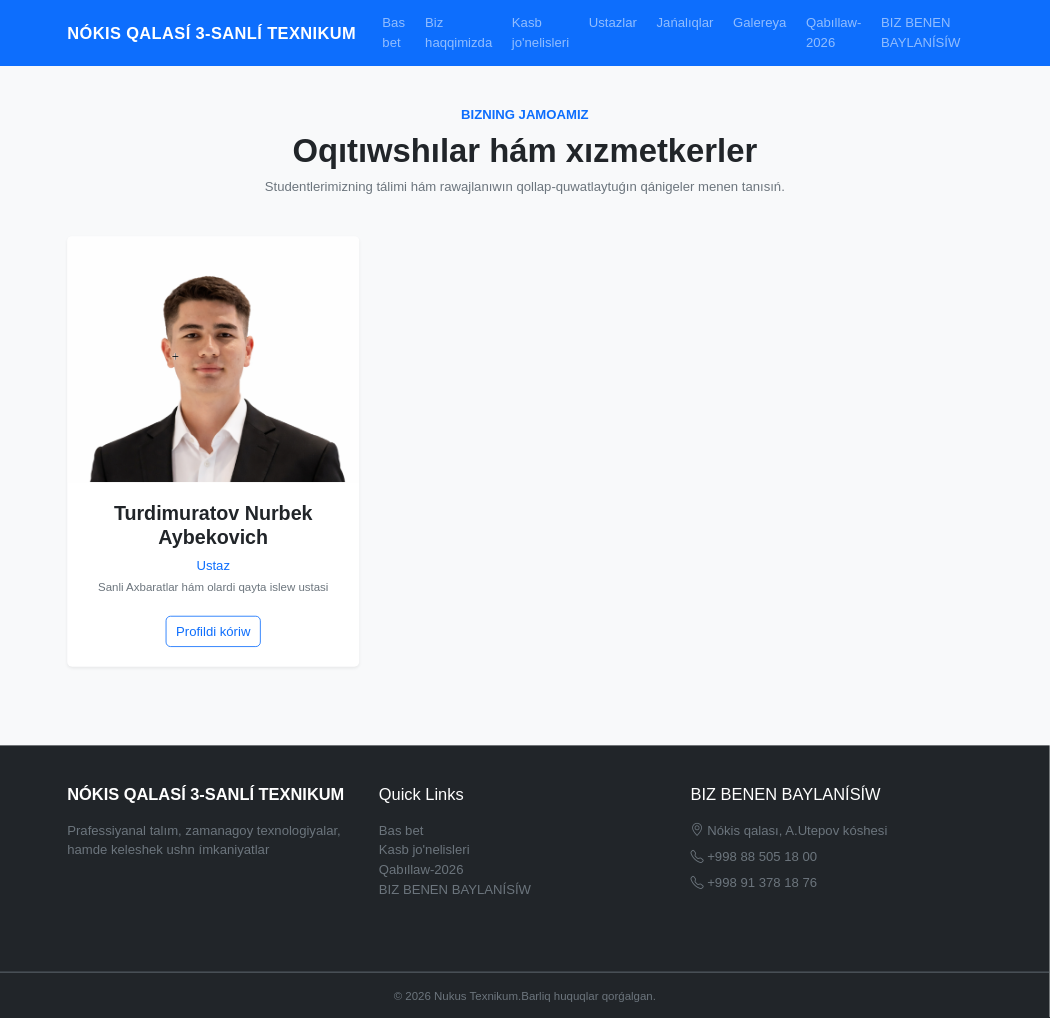
Repository: Neptunescorp/nukus_technicum
Page: http://localhost/teachers/
An editor plug-in stored every save of this project. The page is shown before and after the next save, followed by the edit.
The browser window is 1280 px wide. The pictures show the whole page, at 82% of full size.
The page is served by the project's application, run on Django 5.2 (manage.py). Other server files are loaded and not shown. The page reads the database file committed with the project.

Above is the page before, as saved 2026-08-19 12:25:55.

### teachers/templates/teachers/list.html
{% extends "base.html" %}

{% block title %}
Muǵallimler | Nókis qalasí 3-sanlí texnikum
{% endblock %}


{% block content %}

<section class="py-5">

    <div class="container">

        <div class="text-center mb-5">

            <span class="text-primary fw-semibold">
                BIZNING JAMOAMIZ
            </span>

            <h1 class="fw-bold mt-2">
                Oqıtıwshılar hám xızmetkerler
            </h1>

            <p class="text-secondary">
                Studentlerimizning tálimi hám rawajlanıwın qollap-quwatlaytuǵın
                qánigeler menen tanısıń.
            </p>

        </div>


        <div class="row g-4">

            {% for teacher in teachers %}

            <div class="col-md-6 col-lg-4">

                <div class="card teacher-card h-100 border-0 shadow-sm">


                    {% if teacher.photo %}

                    <img
                        src="{{ teacher.photo.url }}"
                        class="card-img-top teacher-photo"
                        alt="{{ teacher.full_name }}"
                    >

                    {% else %}

                    <div class="teacher-placeholder">

                        <i class="bi bi-person"></i>

                    </div>

                    {% endif %}


                    <div class="card-body text-center p-4">

                        <h4 class="fw-bold">
                            {{ teacher.full_name }}
                        </h4>


                        {% if teacher.position %}

                        <p class="text-primary mb-1">
                            {{ teacher.position }}
                        </p>

                        {% endif %}


                        {% if teacher.department %}

                        <p class="text-secondary small">
                            {{ teacher.department }}
                        </p>

                        {% endif %}


                        <a
                            href="{% url 'teacher_detail' teacher.pk %}"
                            class="btn btn-outline-primary mt-2"
                        >
                            Profildi kóriw
                        </a>

                    </div>

                </div>

            </div>

            {% empty %}

            <div class="col-12 text-center py-5">

                <i
                    class="bi bi-people text-primary"
                    style="font-size:60px;"
                ></i>

                <h4 class="mt-3">
                    Oqıtıwshılar haqqında maǵlıwmat tez arada usınıs etiledi
                </h4>

                <p class="text-secondary">
                    Házirde xızmetkerlerimizdiń profilleri tayarlanbaqta.
                </p>

            </div>

            {% endfor %}

        </div>

    </div>

</section>

{% endblock %}

### templates/base.html
{% load static %}

<!DOCTYPE html>
<html lang="en">
<head>
    <meta charset="UTF-8">
    <meta name="viewport" content="width=device-width, initial-scale=1.0">

    <title>{% block title %}NÓKIS QALASÍ 3-SANLÍ TEXNIKUM{% endblock %}</title>

    <!-- Bootstrap -->
    <link
        href="https://cdn.jsdelivr.net/npm/bootstrap@5.3.3/dist/css/bootstrap.min.css"
        rel="stylesheet"
    >

    <!-- Bootstrap Icons -->
    <link
        rel="stylesheet"
        href="https://cdn.jsdelivr.net/npm/bootstrap-icons@1.11.3/font/bootstrap-icons.min.css"
    >

    <!-- Custom CSS -->
    <link rel="stylesheet" href="{% static 'css/style.css' %}">
</head>

<body>

<!-- ================= NAVBAR ================= -->

<nav class="navbar navbar-expand-lg navbar-dark bg-primary sticky-top">
    <div class="container">

        <a class="navbar-brand fw-bold" href="/">
            NÓKIS QALASÍ 3-SANLÍ TEXNIKUM
        </a>

        <button
            class="navbar-toggler"
            type="button"
            data-bs-toggle="collapse"
            data-bs-target="#mainNavbar"
        >
            <span class="navbar-toggler-icon"></span>
        </button>

        <div class="collapse navbar-collapse" id="mainNavbar">

            <ul class="navbar-nav ms-auto">

                <li class="nav-item">
                    <a class="nav-link" href="/">Bas bet</a>
                </li>

                <li class="nav-item">
                    <a class="nav-link" href="/about/">Biz haqqimizda</a>
                </li>

                <li class="nav-item">
                    <a class="nav-link" href="/specialties/">Kasb jo'nelisleri</a>
                </li>

                <li class="nav-item">
                    <a class="nav-link" href="/teachers/">Ustazlar</a>
                </li>

                <li class="nav-item">
                    <a class="nav-link" href="/news/">Jańalıqlar </a>
                </li>

                <li class="nav-item">
                    <a class="nav-link" href="/gallery/">
                        Galereya
                    </a>
                </li>

                <li class="nav-item">
                    <a class="nav-link" href="/admissions/">Qabıllaw-2026 </a>
                </li>

                <li class="nav-item">
                    <a class="nav-link" href="/contact/">BIZ BENEN BAYLANÍSÍW</a>
                </li>

            </ul>

        </div>
    </div>
</nav>


<!-- ================= MAIN CONTENT ================= -->

<main>
    {% block content %}
    {% endblock %}
</main>


<!-- ================= FOOTER ================= -->

<footer class="bg-dark text-white mt-5">

    <div class="container py-5">

        <div class="row">

            <div class="col-md-4 mb-4">

                <h5 class="fw-bold">
                    NÓKIS QALASÍ 3-SANLÍ TEXNIKUM
                </h5>

                <p class="text-secondary">
                    Prafessiyanal talım, zamanagoy texnologiyalar,
                    hamde keleshek ushn ímkaniyatlar
                </p>

            </div>


            <div class="col-md-4 mb-4">

                <h5>Quick Links</h5>

                <ul class="list-unstyled">

                    <li>
                        <a href="/" class="text-secondary text-decoration-none">
                            Bas bet
                        </a>
                    </li>

                    <li>
                        <a href="/specialties/" class="text-secondary text-decoration-none">
                            Kasb jo'nelisleri
                        </a>
                    </li>

                    <li>
                        <a href="/admissions/" class="text-secondary text-decoration-none">
                            Qabıllaw-2026
                        </a>
                    </li>

                    <li>
                        <a href="/contact/" class="text-secondary text-decoration-none">
                            BIZ BENEN BAYLANÍSÍW
                        </a>
                    </li>

                </ul>

            </div>


            <div class="col-md-4">

                <h5>BIZ BENEN BAYLANÍSÍW</h5>

                <p class="text-secondary mb-2">
                    <i class="bi bi-geo-alt"></i>
                    Nókis qalası, A.Utepov kóshesi
                </p>

                <p class="text-secondary mb-2">
                    <i class="bi bi-telephone"></i>
                    +998 88 505 18 00
                </p>

                <p class="text-secondary mb-2">
                    <i class="bi bi-telephone"></i>
                    +998 91 378 18 76
                </p>


            </div>

        </div>

    </div>


    <div class="border-top border-secondary">

        <div class="container py-3 text-center">

            <small class="text-secondary">
                © 2026 Nukus Texnikum.Barliq huquqlar qorǵalgan.
            </small>

        </div>

    </div>

</footer>


<!-- Bootstrap JS -->

<script
    src="https://cdn.jsdelivr.net/npm/bootstrap@5.3.3/dist/js/bootstrap.bundle.min.js">
</script>

</body>
</html>

### teachers/models.py
from django.db import models


class Teacher(models.Model):
    full_name = models.CharField(max_length=255)

    position = models.CharField(
        max_length=255,
        blank=True
    )

    department = models.CharField(
        max_length=255,
        blank=True
    )

    biography = models.TextField(
        blank=True
    )

    photo = models.ImageField(
        upload_to="teachers/",
        blank=True,
        null=True
    )

    is_active = models.BooleanField(
        default=True
    )

    created_at = models.DateTimeField(
        auto_now_add=True
    )

    class Meta:
        ordering = ["full_name"]

    def __str__(self):
        return self.full_name

### teachers/views.py
from django.shortcuts import render, get_object_or_404
from .models import Teacher


def teacher_list(request):
    teachers = Teacher.objects.filter(
        is_active=True
    )

    return render(
        request,
        "teachers/list.html",
        {
            "teachers": teachers
        }
    )


def teacher_detail(request, pk):
    teacher = get_object_or_404(
        Teacher,
        pk=pk,
        is_active=True
    )

    return render(
        request,
        "teachers/detail.html",
        {
            "teacher": teacher
        }
    )

### config/urls.py
from django.conf import settings
from django.conf.urls.static import static
from django.contrib import admin
from django.urls import include, path


urlpatterns = [
    path("admin/", admin.site.urls),

    path("", include("core.urls")),

    path(
        "specialties/",
        include("specialties.urls")
    ),

    path(
        "teachers/",
        include("teachers.urls")
    ),

    path(
        "news/",
        include("news.urls")
    ),

    path(
        "gallery/",
        include("gallery.urls")
    ),

    path(
        "admissions/",
        include("admissions.urls")
    ),
]


if settings.DEBUG:
    urlpatterns += static(
        settings.MEDIA_URL,
        document_root=settings.MEDIA_ROOT
    )

### core/urls.py
from django.urls import path

from .views import about, contact, home


urlpatterns = [
    path(
        "",
        home,
        name="home"
    ),

    path(
        "about/",
        about,
        name="about"
    ),

    path(
        "contact/",
        contact,
        name="contact"
    ),
]

### specialties/urls.py
from django.urls import path
from .views import specialty_list, specialty_detail


urlpatterns = [
    path("", specialty_list, name="specialty_list"),
    path(
        "<int:pk>/",
        specialty_detail,
        name="specialty_detail"
    ),
]

### teachers/urls.py
from django.urls import path
from .views import teacher_list, teacher_detail


urlpatterns = [
    path("", teacher_list, name="teacher_list"),

    path(
        "<int:pk>/",
        teacher_detail,
        name="teacher_detail"
    ),
]

### news/urls.py
from django.urls import path

from .views import news_detail, news_list


urlpatterns = [
    path("", news_list, name="news_list"),

    path(
        "<int:pk>/",
        news_detail,
        name="news_detail"
    ),
]

### gallery/urls.py
from django.urls import path
from .views import gallery_list


urlpatterns = [
    path("", gallery_list, name="gallery_list"),
]

### admissions/urls.py
from django.urls import path

from .views import admissions


urlpatterns = [
    path("", admissions, name="admissions"),
]

### db.sqlite3 (the tables this page reads, as SQL)
CREATE TABLE "teachers_teacher" ("id" integer NOT NULL PRIMARY KEY AUTOINCREMENT, "full_name" varchar(255) NOT NULL, "position" varchar(255) NOT NULL, "department" varchar(255) NOT NULL, "biography" text NOT NULL, "photo" varchar(100) NULL, "is_active" bool NOT NULL, "created_at" datetime NOT NULL);
INSERT INTO "teachers_teacher" VALUES
(1, 'Turdimuratov Nurbek Aybekovich', 'Ustaz', 'Sanli Axbaratlar hám olardi qayta islew ustasi', 'Cambridge International University in Tashkent baklavr diplomı(2022-2026)
Camera Fraud Detection in hotels start up asasshisi.
KASB AI start upi qatnasıwshisi
Kyber Qawibsizlik boyinsha 6 ayliq jumis tajribesi 
PDP University dağı Pedagogiqaliq jumis tajribesi 
Nokıs qalasi 3-Sanlı Texnikum website avtori', 'teachers/Screenshot_2026-09-06_at_05.59.58.png', 1, '2026-09-06 00:58:43.423916');

Loaded but not shown: static/css/style.css (464 lines, source omitted)

After the next save:
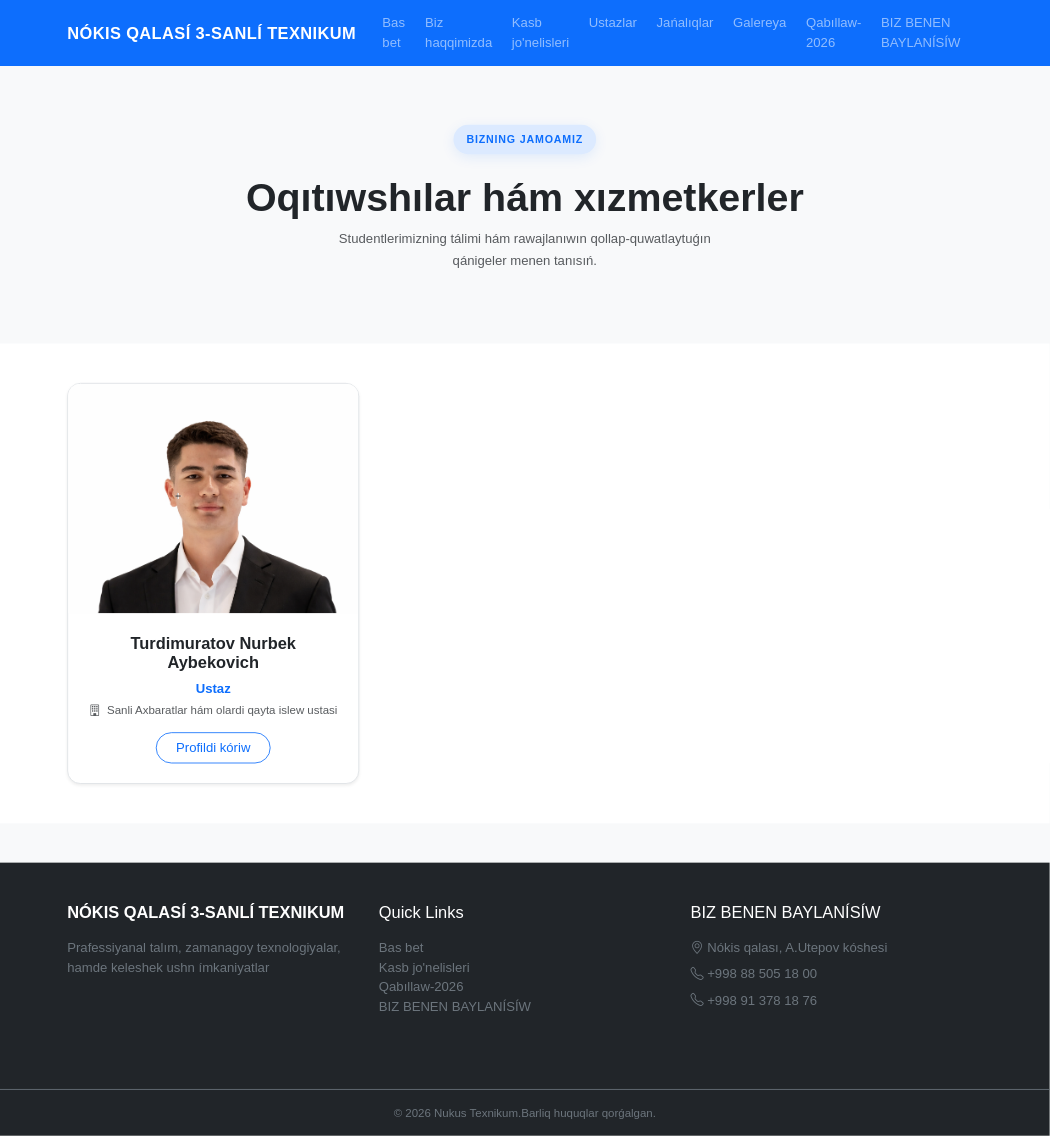
Saved 14 s later.
--- a/teachers/templates/teachers/list.html
+++ b/teachers/templates/teachers/list.html
@@ -1,125 +1,98 @@
 {% extends "base.html" %}
 
 {% block title %}
-Muǵallimler | Nókis qalasí 3-sanlí texnikum
+Muǵallimler | NÓKIS QALASÍ 3-SANLÍ TEXNIKUM
 {% endblock %}
 
 
 {% block content %}
 
-<section class="py-5">
-
-    <div class="container">
-
-        <div class="text-center mb-5">
-
-            <span class="text-primary fw-semibold">
-                BIZNING JAMOAMIZ
-            </span>
-
-            <h1 class="fw-bold mt-2">
-                Oqıtıwshılar hám xızmetkerler
-            </h1>
-
-            <p class="text-secondary">
-                Studentlerimizning tálimi hám rawajlanıwın qollap-quwatlaytuǵın
-                qánigeler menen tanısıń.
-            </p>
-
-        </div>
+<!-- HERO SECTION -->
+<section class="py-5 text-center">
+    <div class="container py-4">
+        <span class="hero-badge mb-3 d-inline-block">
+            BIZNING JAMOAMIZ
+        </span>
+        <h1 class="fw-bold display-5 text-dark mt-2">
+            Oqıtıwshılar hám xızmetkerler
+        </h1>
+        <p class="text-muted mx-auto" style="max-width: 500px; line-height: 1.7;">
+            Studentlerimizning tálimi hám rawajlanıwın qollap-quwatlaytuǵın qánigeler menen tanısıń.
+        </p>
+    </div>
+</section>
 
 
+<!-- TEACHERS GRID -->
+<section class="py-5 bg-white">
+    <div class="container">
         <div class="row g-4">
 
             {% for teacher in teachers %}
-
             <div class="col-md-6 col-lg-4">
-
-                <div class="card teacher-card h-100 border-0 shadow-sm">
-
+                <div class="h-100 border rounded-4 shadow-sm bg-white overflow-hidden d-flex flex-column">
 
                     {% if teacher.photo %}
-
-                    <img
-                        src="{{ teacher.photo.url }}"
-                        class="card-img-top teacher-photo"
-                        alt="{{ teacher.full_name }}"
-                    >
-
+                    <div class="overflow-hidden" style="height: 280px;">
+                        <img
+                            src="{{ teacher.photo.url }}"
+                            class="w-100 h-100"
+                            alt="{{ teacher.full_name }}"
+                            style="object-fit: cover; transition: transform 0.5s ease;"
+                        >
+                    </div>
                     {% else %}
-
-                    <div class="teacher-placeholder">
-
-                        <i class="bi bi-person"></i>
-
+                    <div class="d-flex align-items-center justify-content-center bg-light" style="height: 280px;">
+                        <i class="bi bi-person text-primary display-1"></i>
                     </div>
-
                     {% endif %}
 
+                    <div class="card-body p-4 text-center d-flex flex-column flex-grow-1">
 
-                    <div class="card-body text-center p-4">
-
-                        <h4 class="fw-bold">
+                        <h4 class="fw-bold fs-5 text-dark mb-2">
                             {{ teacher.full_name }}
                         </h4>
 
-
                         {% if teacher.position %}
-
-                        <p class="text-primary mb-1">
+                        <p class="text-primary fw-semibold mb-1">
                             {{ teacher.position }}
                         </p>
-
                         {% endif %}
 
-
                         {% if teacher.department %}
-
-                        <p class="text-secondary small">
-                            {{ teacher.department }}
+                        <p class="text-muted small mb-3">
+                            <i class="bi bi-building me-1"></i> {{ teacher.department }}
                         </p>
-
                         {% endif %}
 
-
-                        <a
-                            href="{% url 'teacher_detail' teacher.pk %}"
-                            class="btn btn-outline-primary mt-2"
-                        >
-                            Profildi kóriw
-                        </a>
+                        <div class="mt-auto">
+                            <a
+                                href="{% url 'teacher_detail' teacher.pk %}"
+                                class="btn btn-outline-primary rounded-pill px-4"
+                            >
+                                Profildi kóriw
+                            </a>
+                        </div>
 
                     </div>
-
                 </div>
-
             </div>
-
             {% empty %}
-
-            <div class="col-12 text-center py-5">
-
-                <i
-                    class="bi bi-people text-primary"
-                    style="font-size:60px;"
-                ></i>
-
-                <h4 class="mt-3">
-                    Oqıtıwshılar haqqında maǵlıwmat tez arada usınıs etiledi
-                </h4>
-
-                <p class="text-secondary">
-                    Házirde xızmetkerlerimizdiń profilleri tayarlanbaqta.
-                </p>
-
+            <div class="col-12">
+                <div class="text-center py-5 border rounded-4 bg-light shadow-sm">
+                    <i class="bi bi-people text-primary" style="font-size: 60px;"></i>
+                    <h4 class="mt-3 text-dark fw-bold">
+                        Házirshe maǵlıwmatlar joq
+                    </h4>
+                    <p class="text-muted">
+                        Házirde xızmetkerlerimizdiń profilleri tayarlanbaqta.
+                    </p>
+                </div>
             </div>
-
             {% endfor %}
 
         </div>
-
     </div>
-
 </section>
 
 {% endblock %}
